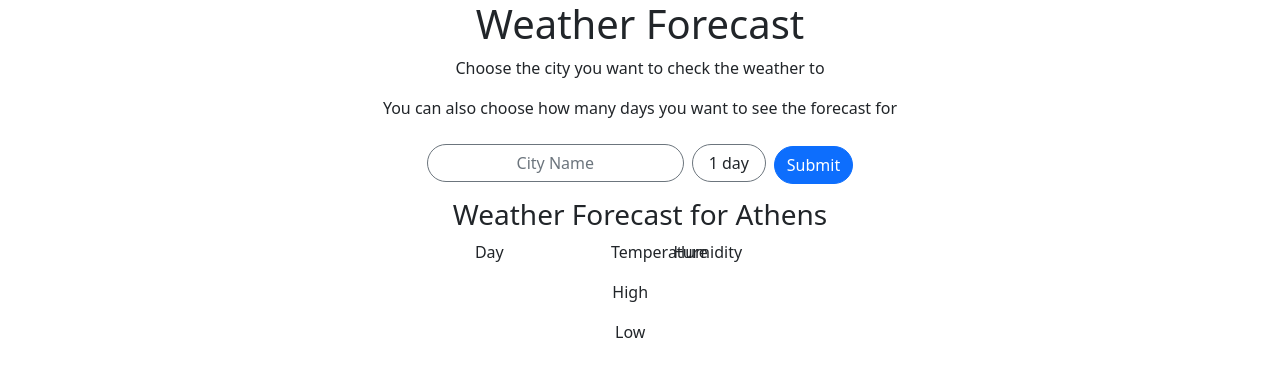
Repository: DimitrisDoxopoulos/my-own-weather-app
Page: /
These files come from the project's save history. The page is drawn as it stood at one moment and after the next save; the edit follows.
The browser window is 1280 px wide. The pictures show the whole page.
The project was rebuilt for these pictures with package versions that can differ from the ones it lists, and the page was loaded fresh each time.

Above is the page before, as saved 2021-06-03 19:52:43.

### src/App.js
import './App.css';

/*--------------- Importing Components ------------------- */
import Wrapper from './components/Wrapper'
import Header from './components/Header'
import Tagline from './components/Tagline'
import Form from './components/Form'
import WeatherForecast from './components/WeatherForecast';
/*--------------- Importing Components ------------------- */

function App() {
  return (
    <div className="App">
      <Wrapper>
        <Header />
        <Tagline />
        <Form />
        <WeatherForecast />
      </Wrapper>
    </div>
  );
}

export default App;

### src/App.css
.App {
  /* text-align: center; */
}

.App-logo {
  height: 40vmin;
  pointer-events: none;
}

.App-header {
  background-color: #282c34;
  min-height: 100vh;
  display: flex;
  flex-direction: column;
  align-items: center;
  justify-content: center;
  font-size: calc(10px + 2vmin);
  color: white;
}

.App-link {
  color: #61dafb;
}

### src/components/Wrapper.js
import React from 'react';

const Wrapper = (props) => {
    return(
    <div className='container d-flex flex-column justify-content-center align-items-center'>
        { props.children }
    </div>
    )
}

export default Wrapper;

### src/components/Header.js
import React from 'react'

const Header = () => {
    return (
        <div className="">
            <h1 className="">Weather Forecast</h1>
        </div>
    )
}

export default Header

### src/components/Tagline.js
import React from 'react'

const Tagline = () => {
    return (
        <div className="text-center">
            <p>Choose the city you want to check the weather to</p>
            <p>You can also choose how many days you want to see the forecast for</p>
        </div>
    )
}

export default Tagline

### src/components/Form.js
import React from 'react'

const Form = () => {
    return (
        <div>
            <form className="d-flex align-items-center">
                <div className="form-group">
                    <input type="text" className="form-control border-secondary rounded-pill text-center" id="exampleFormControlInput1" placeholder="City Name" />
                </div>
                <div className="form-group d-flex p-2">
                    <select className="form-control border-secondary rounded-pill text-center" id="exampleFormControlSelect1" placeholder="How many days?">
                        <option value="1">1 day</option>
                        <option value="2">2 days</option>
                        <option value="3">3 days</option>
                        <option value="4">4 days</option>
                        <option value="5">5 days</option>
                    </select>
                </div>
                <input className="btn btn-primary mt-1 rounded-pill" type="submit" value="Submit" />
            </form>
        </div>
    )
}

export default Form

### src/components/WeatherForecast.js
import React from 'react'

const WeatherForecast = () => {
    return (
        <div className="text-center p-2">
            <h3 className="h-3">Weather Forecast for Athens</h3>
            <div className="container">
                <div className="row">
                    <div className="col-sm">
                        <p>Day</p>
                    </div>
                    <div className="col-sm">
                        <image src="" alt='weather icon' />
                    </div>
                    <div className="col-sm-2">
                        <p>Temperature</p>
                        <p>High</p>
                        <p>Low</p>
                    </div>
                    <div className="col-sm">
                        <p>Humidity</p>
                    </div>
                    <div className="col-sm">
                        <p></p>
                    </div>
                </div>
            </div>

        </div>
    )
}

export default WeatherForecast

Loaded but not shown: public/index.html (common file); src/index.js (common file); src/index.css (common file); src/reportWebVitals.js (common file)

After the next save:
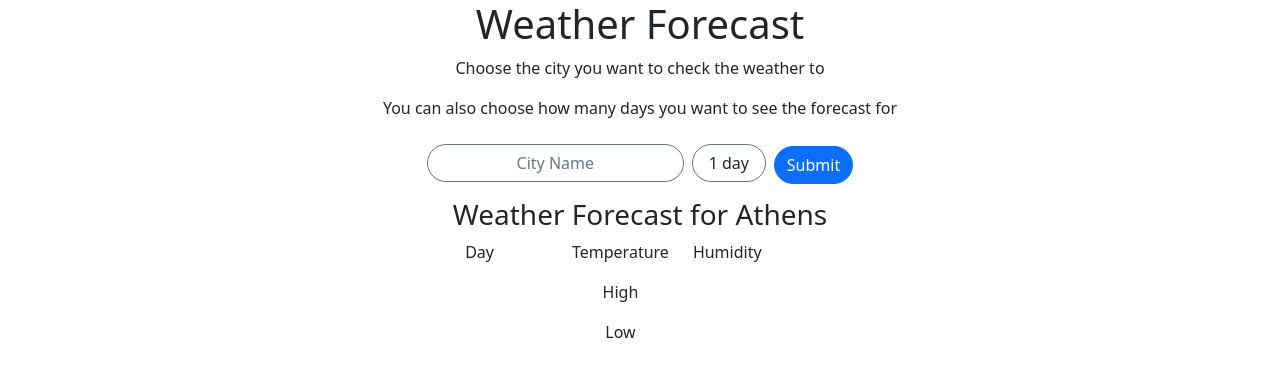
Saved 8 s later.
--- a/src/components/WeatherForecast.js
+++ b/src/components/WeatherForecast.js
@@ -12,7 +12,7 @@ const WeatherForecast = () => {
                     <div className="col-sm">
                         <image src="" alt='weather icon' />
                     </div>
-                    <div className="col-sm-2">
+                    <div className="col-sm">
                         <p>Temperature</p>
                         <p>High</p>
                         <p>Low</p>
